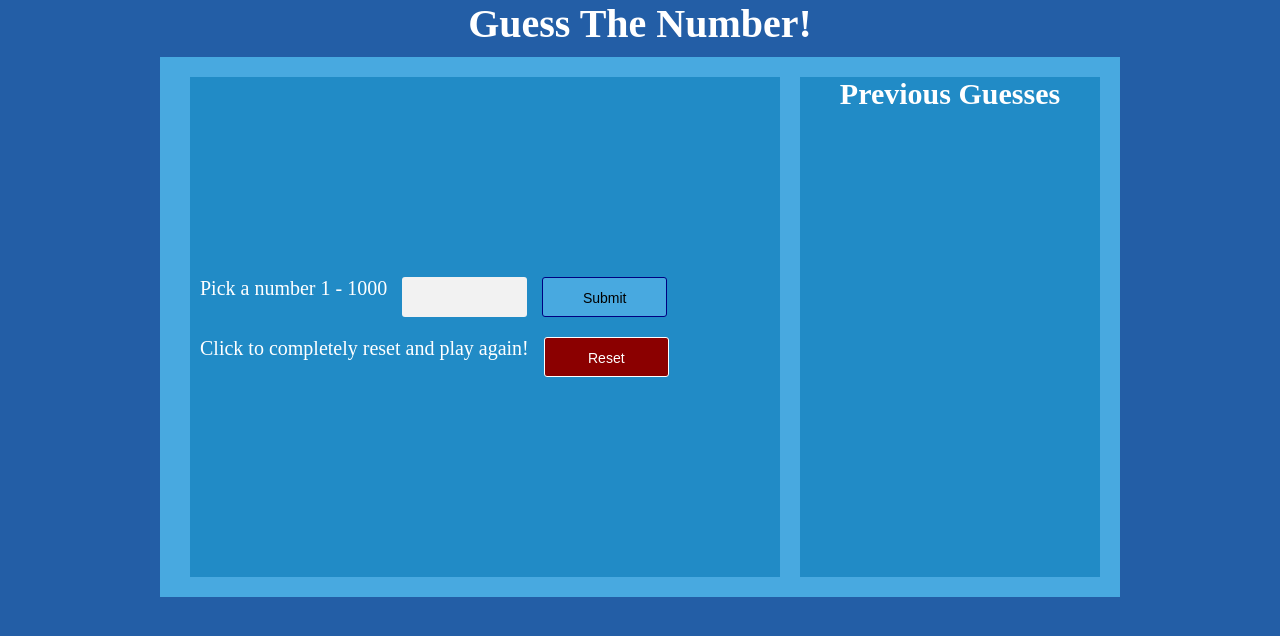
Repository: mlmEFSC21/P15-Modified-Guessing-Game
Page: guess.html
An editor plug-in stored every save of this project. The page is shown before and after the next save, followed by the edit.
The browser window is 1280 px wide. The pictures show the whole page.

Above is the page before, as saved 2022-03-21 20:52:54.

After the next save:
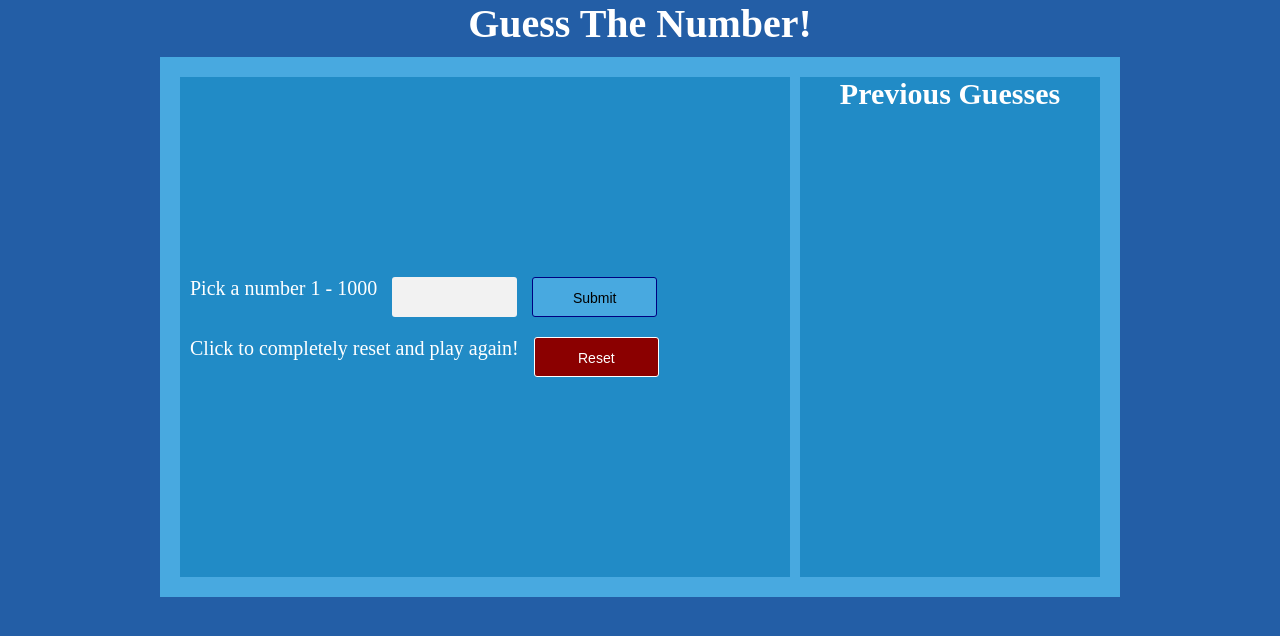
Saved 9 s later.
--- a/guess.css
+++ b/guess.css
@@ -36,7 +36,7 @@ body {
     background-color: var(--clr-primary);
     display: flex;
     flex-direction: column-reverse;
-    margin: 10px 10px;
+    margin: 10px auto;
     padding: 10px;
     grid-column: 1 / 3;
     grid-row: 1 / 4;
